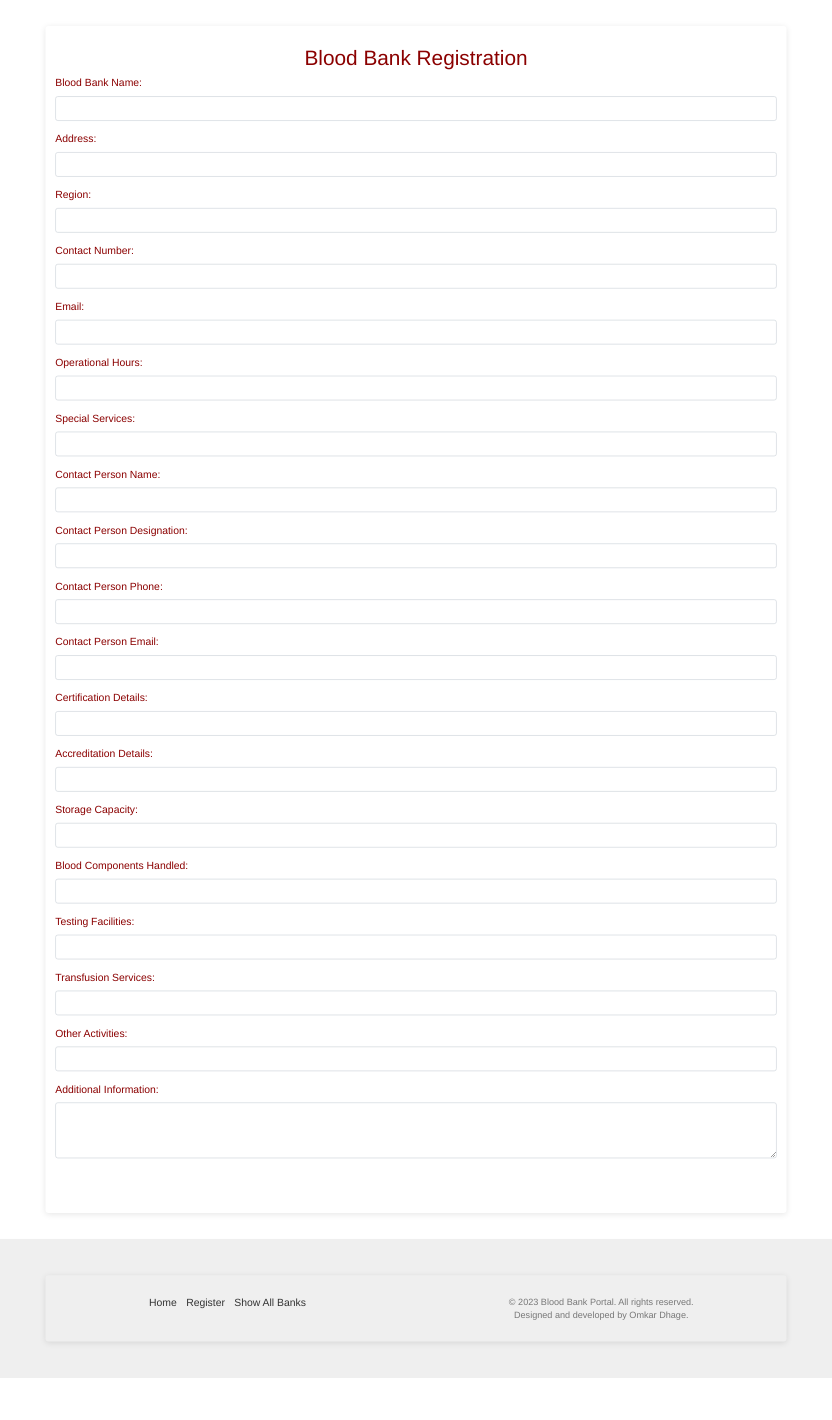
Repository: omi4535/Decentralized_Blood_Bank_System
Page: http://localhost/blood_bank_system/registration.jsp
The author's editor kept a copy of each file at every save. The page is drawn from the files as they stood at one save, then again after the next save.
The browser window is 1280 px wide. The pictures show the whole page, at 65% of full size.
Some web libraries are served in a nearby version. The page is served by Tomcat 9. Other server files are loaded and not shown.

Above is the page before, as saved 2023-07-03 10:10:28.

### blood bank system/src/main/webapp/registration.jsp
<%@ page language="java" contentType="text/html; charset=UTF-8"
	pageEncoding="UTF-8"%>
<!DOCTYPE html>
<html lang="en">

<head>
<meta charset="UTF-8">
<meta name="viewport" content="width=device-width, initial-scale=1.0">
<title>Blood Bank Registration</title>
<link rel="stylesheet"
	href="https://stackpath.bootstrapcdn.com/bootstrap/4.5.0/css/bootstrap.min.css">
<style>
body {
	background-color: #F5F5F5;
}

.form_regi {
	color: #8B0000;
}

.container {
	max-width: 600px;
	margin: 40px auto;
	padding: 30px;
	border-radius: 5px;
	box-shadow: 0px 2px 10px rgba(0, 0, 0, 0.1);
}

h2 {
	margin-bottom: 30px;
	text-align: center;
}

.btn-register {
	background-color: #000000;
	color: #fff;
	border: none;
	padding: 10px 20px;
	font-size: 16px;
	transition: background-color 0.3s ease;
}

.btn-register:hover {
	background-color: #c82333;
}

.text-center{
background-color: #ffffff;
}
.form {
	background-color: #D50000;
}
</style>
</head>

<body>

	<div class="container">
		<div class="form_regi">
			<h2>Blood Bank Registration</h2>
			<form method="post" action="register">
				<div class="form-group">
					<label for="name">Blood Bank Name:</label> <input type="text"
						class="form-control" name="name" required>
				</div>
				<div class="form-group">
					<label for="address">Address:</label> <input type="text"
						class="form-control" name="address" required>
				</div>
				<div class="form-group">
					<label for="region">Region:</label> <input type="text"
						class="form-control" name="region" required>
				</div>
				<div class="form-group">
					<label for="contactNumber">Contact Number:</label> <input
						type="tel" class="form-control" name="contactNumber" required>
				</div>
				<div class="form-group">
					<label for="email">Email:</label> <input type="email"
						class="form-control" name="email" required>
				</div>
				<div class="form-group">
					<label for="operationalHours">Operational Hours:</label> <input
						type="text" class="form-control" name="operationalHours" required>
				</div>
				<div class="form-group">
					<label for="specialServices">Special Services:</label> <input
						type="text" class="form-control" name="specialServices" required>
				</div>
				<div class="form-group">
					<label for="contactPersonName">Contact Person Name:</label> <input
						type="text" class="form-control" name="contactPersonName" required>
				</div>
				<div class="form-group">
					<label for="contactPersonDesignation">Contact Person
						Designation:</label> <input type="text" class="form-control"
						name="contactPersonDesignation" required>
				</div>
				<div class="form-group">
					<label for="contactPersonPhone">Contact Person Phone:</label> <input
						type="tel" class="form-control" name="contactPersonPhone" required>
				</div>
				<div class="form-group">
					<label for="contactPersonEmail">Contact Person Email:</label> <input
						type="email" class="form-control" name="contactPersonEmail"
						required>
				</div>
				<div class="form-group">
					<label for="certificationDetails">Certification Details:</label> <input
						type="text" class="form-control" name="certificationDetails"
						required>
				</div>
				<div class="form-group">
					<label for="accreditationDetails">Accreditation Details:</label> <input
						type="text" class="form-control" name="accreditationDetails"
						required>
				</div>
				<div class="form-group">
					<label for="storageCapacity">Storage Capacity:</label> <input
						type="number" class="form-control" name="storageCapacity" required>
				</div>
				<div class="form-group">
					<label for="bloodComponentsHandled">Blood Components
						Handled:</label> <input type="text" class="form-control"
						name="bloodComponentsHandled" required>
				</div>
				<div class="form-group">
					<label for="testingFacilities">Testing Facilities:</label> <input
						type="text" class="form-control" name="testingFacilities" required>
				</div>
				<div class="form-group">
					<label for="transfusionServices">Transfusion Services:</label> <input
						type="text" class="form-control" name="transfusionServices"
						required>
				</div>
				<div class="form-group">
					<label for="otherActivities">Other Activities:</label> <input
						type="text" class="form-control" name="otherActivities" required>
				</div>
				<div class="form-group">
					<label for="additionalInformation">Additional Information:</label>
					<textarea class="form-control" name="additionalInformation"
						rows="3"></textarea>
				</div>
				<div class="text-center">
					<button type="submit" class="btn btn-register text-white">Register</button>
				</div>
			</form>
		</div>

	</div>

	<%@ include file="footer.jsp"%>


	<script src="https://code.jquery.com/jquery-3.5.1.slim.min.js"></script>
	<script
		src="https://cdn.jsdelivr.net/npm/@popperjs/core@2.5.3/dist/umd/popper.min.js"></script>
	<script
		src="https://stackpath.bootstrapcdn.com/bootstrap/4.5.0/js/bootstrap.min.js"></script>
</body>

</html>

### blood bank system/src/main/webapp/footer.jsp
<%@ page language="java" contentType="text/html; charset=UTF-8"
	pageEncoding="UTF-8"%>
<!DOCTYPE html>
<html lang="en">
<head>
<meta charset="UTF-8">
<meta name="viewport" content="width=device-width, initial-scale=1.0">
<title>Blood Bank Portal</title>
<link rel="stylesheet"
	href="https://maxcdn.bootstrapcdn.com/bootstrap/4.5.2/css/bootstrap.min.css">
<style>

*,
*:before,
*:after {
  -webkit-box-sizing: border-box;
  -moz-box-sizing:    border-box;
  box-sizing:         border-box;
}

html {
  height: 100%;
}

body {
  position: relative;
  margin: 0;
  padding-bottom: 4rem;
  min-height: 100%;
  font-family: "Helvetica Neue", Arial, sans-serif;
}

.footer {
	background-color: #f8f9fa;
	padding: 20px;
	position: relative;
	right: 0;
	bottom: 0;
	left: 0;
	padding: 1rem;
	background-color: #efefef;
	text-align: center;
}

.footer-links a {
	color: #333;
	margin-right: 10px;
}

.footer-info {
	color: #777;
	font-size: 14px;
}
</style>
</head>
<body>


	<footer class="footer">
		<div class="container">
			<div class="row">
				<div class="col-md-6">
					<div class="footer-links">
						<a href="index.jsp">Home</a> <a href="registration.jsp">Register</a>
						<a href="All_banks.jsp">Show All Banks</a>
					</div>
				</div>
				<div class="col-md-6">
					<div class="footer-info">
						&copy; 2023 Blood Bank Portal. All rights reserved. <br>
						Designed and developed by Omkar Dhage.
					</div>
				</div>
			</div>
		</div>
	</footer>

	<script src="https://code.jquery.com/jquery-3.5.1.slim.min.js"></script>
	<script
		src="https://cdn.jsdelivr.net/npm/@popperjs/core@1.16.0/dist/umd/popper.min.js"></script>
	<script
		src="https://maxcdn.bootstrapcdn.com/bootstrap/4.5.2/js/bootstrap.min.js"></script>
</body>
</html>

After the next save:
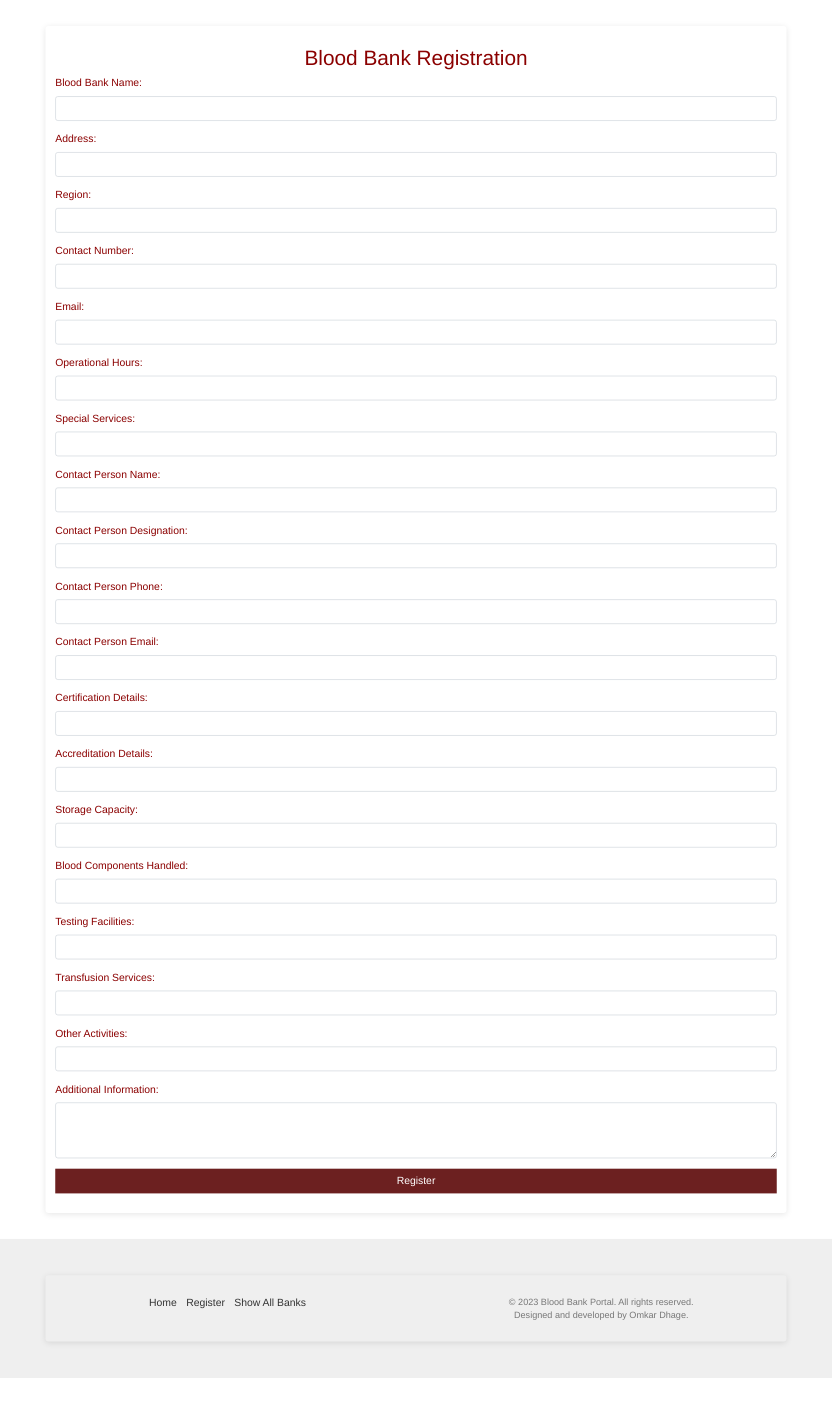
Saved 33 s later.
--- a/blood bank system/src/main/webapp/registration.jsp
+++ b/blood bank system/src/main/webapp/registration.jsp
@@ -45,7 +45,7 @@
 }
 
 .text-center{
-background-color: #ffffff;
+background-color: #6c2020;
 }
 .form {
 	background-color: #D50000;

After the 2 saves that followed:
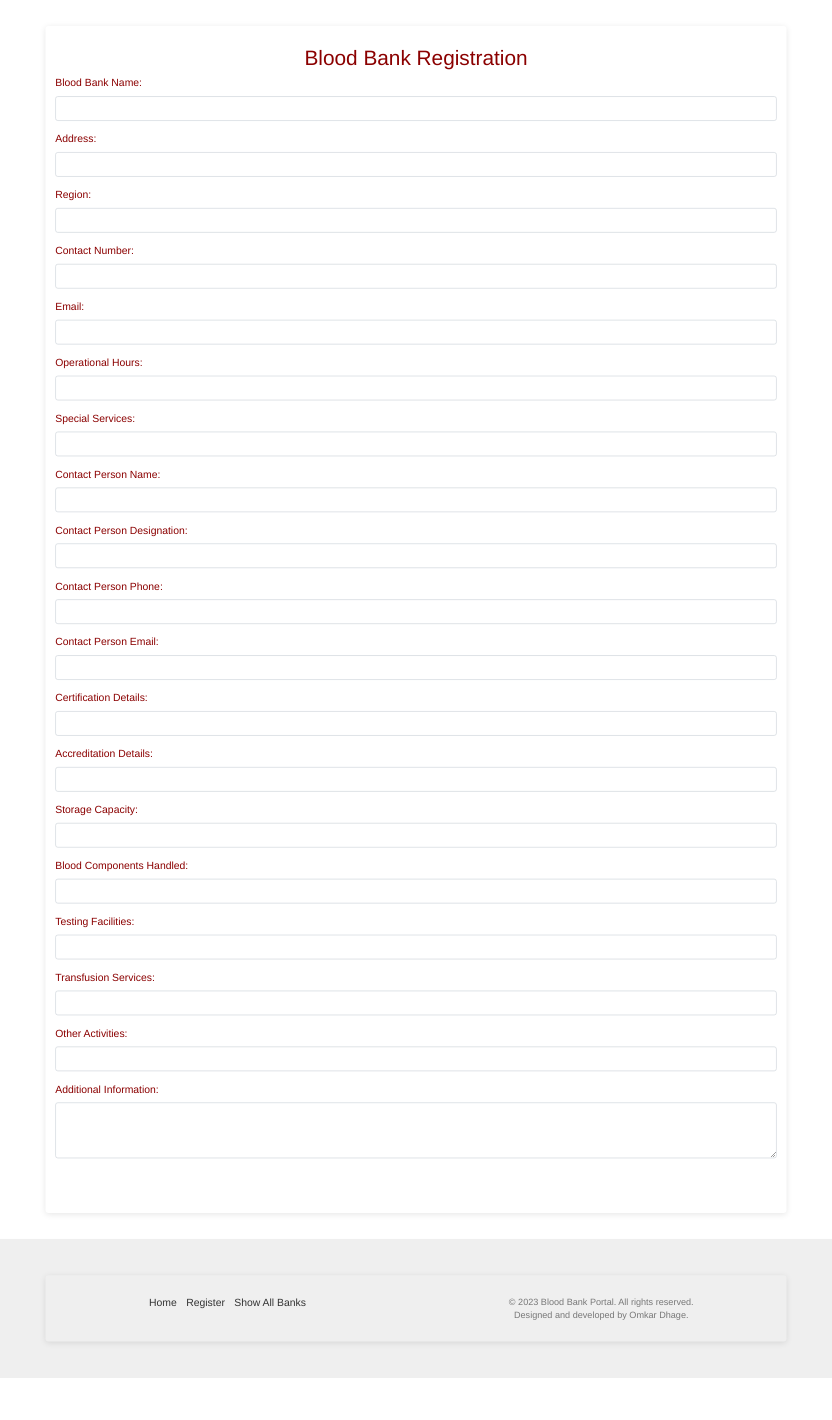
The 2 saves are shown as one change because 1 left the picture as it was.
The last was saved 41 s later.
--- a/blood bank system/src/main/webapp/registration.jsp
+++ b/blood bank system/src/main/webapp/registration.jsp
@@ -44,7 +44,7 @@
 	background-color: #c82333;
 }
 
-.text-center{
+.btn-back{
 background-color: #6c2020;
 }
 .form {
@@ -143,7 +143,7 @@
 						rows="3"></textarea>
 				</div>
 				<div class="text-center">
-					<button type="submit" class="btn btn-register text-white">Register</button>
+					<button type="submit" class="btn btn-register text-white btn-back">Register</button>
 				</div>
 			</form>
 		</div>
